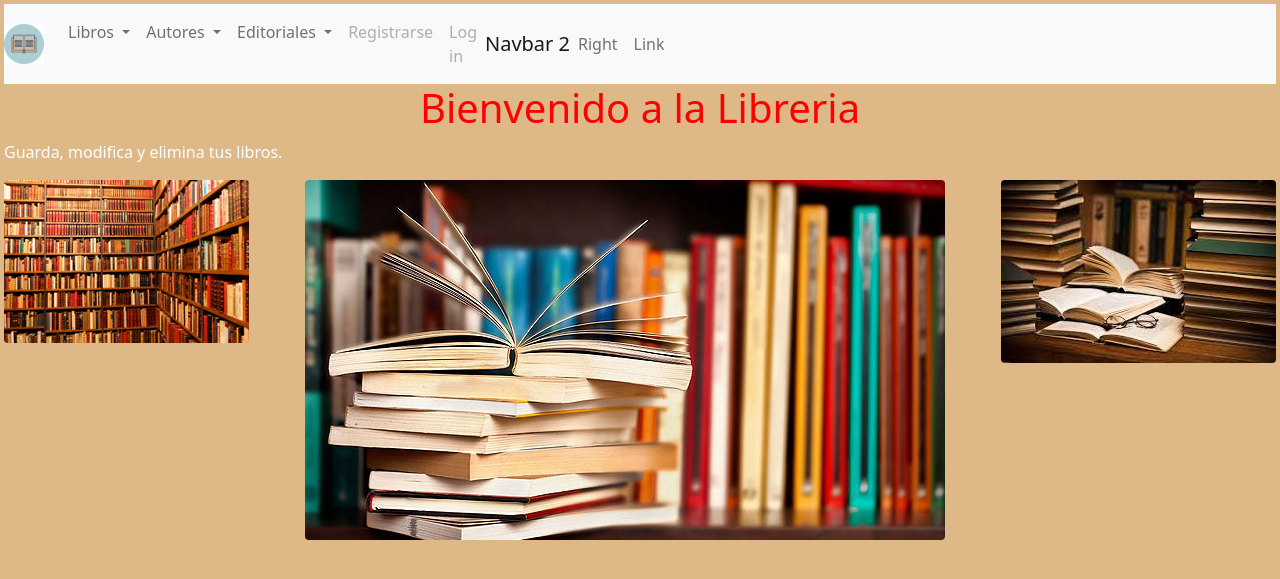
Repository: frnalonso/libreria
Page: src/main/resources/templates/index.html
The author's editor kept a copy of each file at every save. The page is drawn from the files as they stood at one save, then again after the next save.
The browser window is 1280 px wide. The pictures show the whole page.

Above is the page before, as saved 2021-12-03 03:05:07.

After the next save:
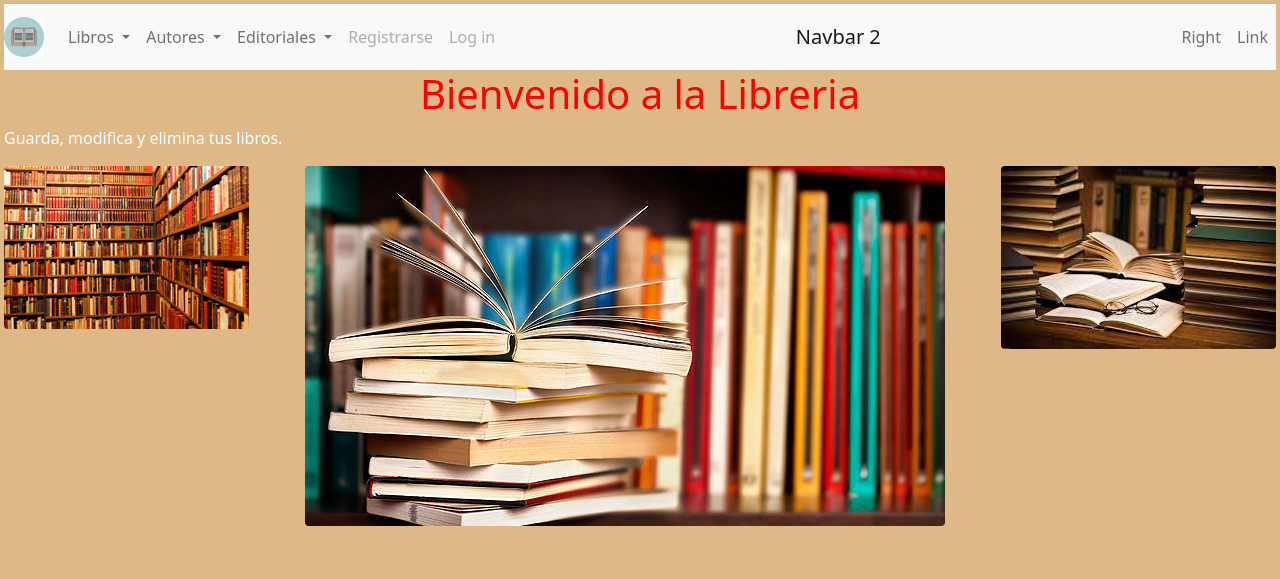
Saved 14 s later.
--- a/src/main/resources/templates/index.html
+++ b/src/main/resources/templates/index.html
@@ -56,7 +56,7 @@
                 <span class="navbar-toggler-icon"></span>
             </button>
         </div>
-        <div class="navbar-collapse collapse w-100 order-3 dual-collapse2">
+
             <ul class="navbar-nav ml-auto">
                 <li class="nav-item">
                     <a class="nav-link" href="#">Right</a>
@@ -65,7 +65,7 @@
                     <a class="nav-link" href="#">Link</a>
                 </li>
             </ul>
-        </div>
+
 
         </div>
       </nav>
